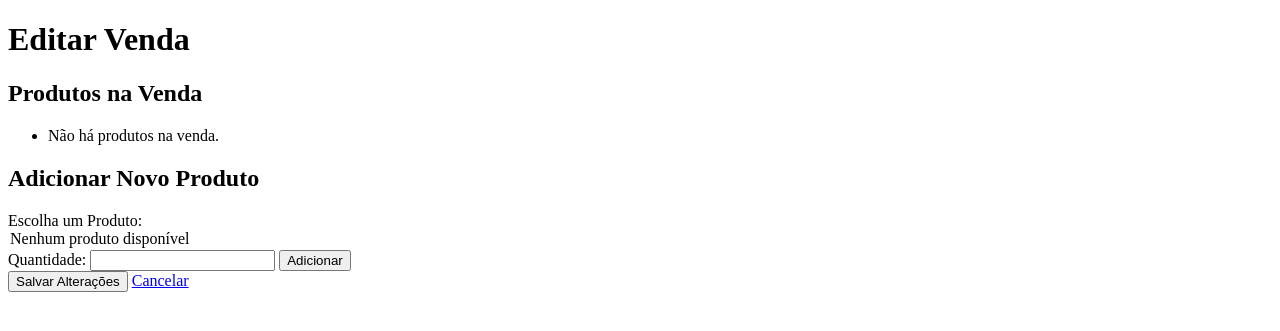
Repository: joaobatistafrontend/class-venda
Page: templates/editar_venda.html
An editor plug-in stored every save of this project. The page is shown before and after a run of saves, followed by the edit.
The browser window is 1280 px wide. The pictures show the whole page.
The template is drawn by Django 4.2. The application's start-up code is not run. Other server files are loaded and not shown. The template is opened directly, without the code that normally fills it, so the values that code supplies are empty.

Above is the page before, as saved 2024-10-27 22:27:25.

### templates/editar_venda.html
<!DOCTYPE html>
<html lang="en">
<head>
    <meta charset="UTF-8">
    <meta name="viewport" content="width=device-width, initial-scale=1.0">
    <title>Editar Venda - {{ venda.numero_venda }}</title>
</head>
<body>
    <h1>Editar Venda {{ venda.numero_venda }}</h1>

    <h2>Produtos na Venda</h2>
    <ul>
        {% for p in produtos %}
            <li>
                Produto: {{ p.produto.nome_produto }} - Quantidade: {{ p.qtd }} - Total: R$ {{ p.total }}
                <form method="post" action="{% url 'editar_venda' venda.pk %}" style="display:inline;">
                    {% csrf_token %}
                    <input type="hidden" name="produto_id" value="{{ p.produto.id }}">
                    <input type="hidden" name="remover_da_venda_editada" value="true">
                    <button type="submit">Remover</button>
                </form>
            </li>
        {% empty %}
            <li>Não há produtos na venda.</li>
        {% endfor %}
    </ul>

    <h2>Adicionar Novo Produto</h2>
    <form action="{% url 'editar_venda' venda.pk %}" method="post">
        {% csrf_token %}
        <label for="produto">Escolha um Produto:</label>
        {% for produto in todos_produtos %}
                <option value="{{ produto.id }}">{{ produto.nome_produto }} - R$ {{ produto.valor }}</option>
            {% empty %}
                <option value="">Nenhum produto disponível</option>
            {% endfor %}
        </select>
        <label for="quantidade">Quantidade:</label>
        <input type="number" name="quantidade" id="quantidade" min="1" required>
        <button type="submit">Adicionar</button>
    </form>

    <form method="post">
        {% csrf_token %}
        <button type="submit">Salvar Alterações</button>
        <a href="{% url 'index' %}">Cancelar</a>
    </form>
</body>
</html>

After the next 4 saves:
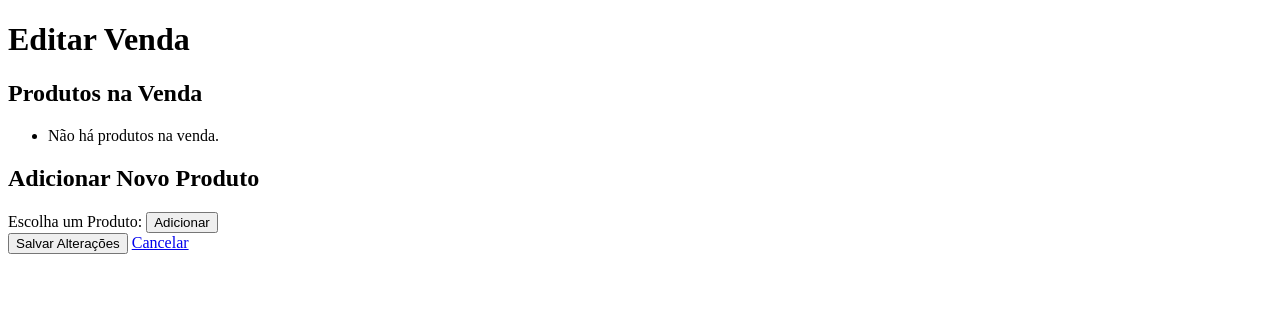
The 4 saves are shown as one change because they came seconds apart.
The last was saved 15 s later.
--- a/templates/editar_venda.html
+++ b/templates/editar_venda.html
@@ -31,12 +31,7 @@
         <label for="produto">Escolha um Produto:</label>
         {% for produto in todos_produtos %}
                 <option value="{{ produto.id }}">{{ produto.nome_produto }} - R$ {{ produto.valor }}</option>
-            {% empty %}
-                <option value="">Nenhum produto disponível</option>
-            {% endfor %}
-        </select>
-        <label for="quantidade">Quantidade:</label>
-        <input type="number" name="quantidade" id="quantidade" min="1" required>
+        {% endfor %}
         <button type="submit">Adicionar</button>
     </form>
 
